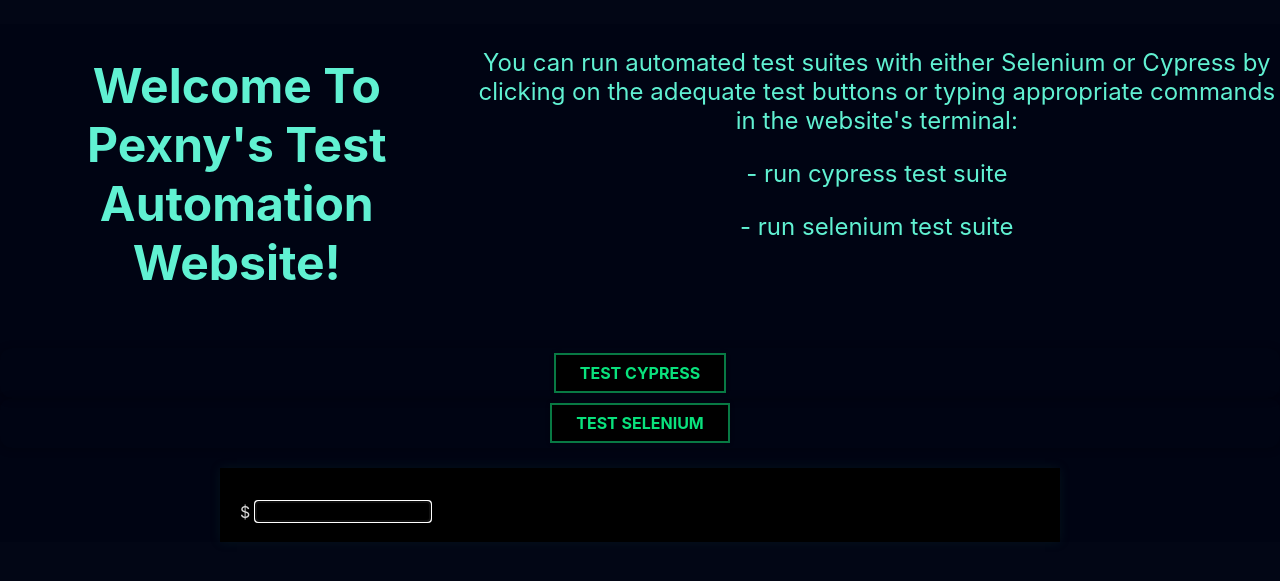
Repository: p3xny/Test-Automation-Website
Page: / (app in client/)
An editor plug-in stored every save of this project. The page is shown before and after the next save, followed by the edit.
The browser window is 1280 px wide. The pictures show the whole page.
The project was rebuilt for these pictures with package versions that can differ from the ones it lists, and the page was loaded fresh each time. Also part of the build but not shown: client/src/components/UI/TestMenu.js.

Above is the page before, as saved 2023-08-23 22:35:23.

After the next save:
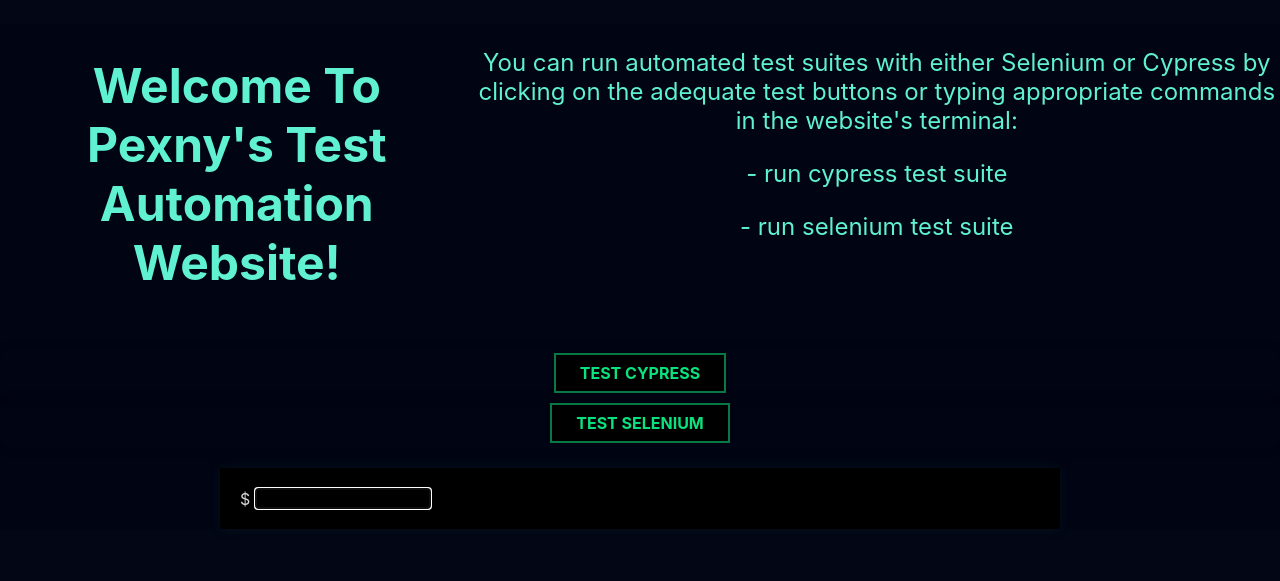
Saved 12 s later.
--- a/client/src/components/Terminal/Terminal.js
+++ b/client/src/components/Terminal/Terminal.js
@@ -93,13 +93,13 @@
 
   return (
     <div className={styles.terminal}>
-      <pre id="output">
+      <div id="output">
         {terminalOutput.map((message, index) => (
-          <span key={index} className={styles.outputContent}>
+          <pre key={index} className={styles.outputContent}>
             {highlightWords(message)}
-          </span>
+          </pre>
         ))}
-      </pre>
+      </div>
       <form id="input-form" onSubmit={submitHandler}>
         <span>$</span>
         <input
